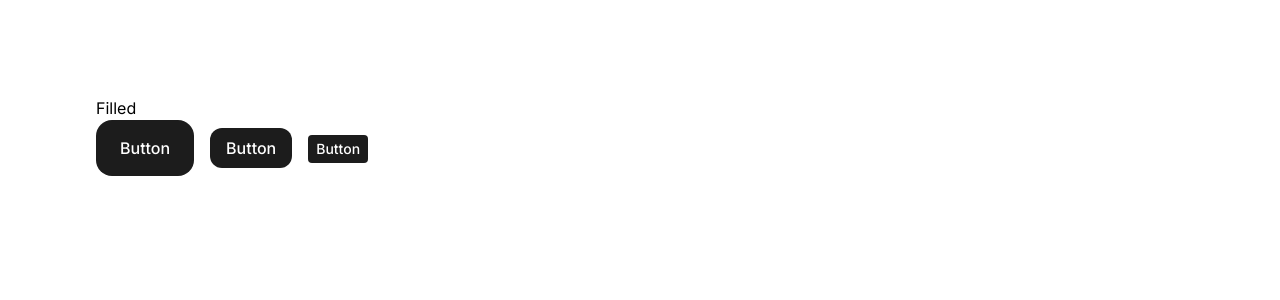
Repository: ggonzaga29/polarized-dashboard
Page: /
An editor plug-in stored every save of this project. The page is shown before and after the next save, followed by the edit.
The browser window is 1280 px wide. The pictures show the whole page.
The project was rebuilt for these pictures with package versions that can differ from the ones it lists, and the page was loaded fresh each time. The framework's server and built-in components were replaced by stand-ins that run in the browser. Also part of the build but not shown: next.config.js.

Above is the page before, as saved 2023-08-03 12:56:40.

### src/app/layout.jsx
import './globals.css';
import { Inter } from 'next/font/google';
import { ThemeProvider } from '@/context/theme-provider';

const inter = Inter({ subsets: ['latin'] });

export const metadata = {
  title: 'Polarized | Dashboard',
};

export default function RootLayout({ children }) {
  return (
    <html lang="en">
      <body className={inter.className}>
        <ThemeProvider attribute="class" defaultTheme="system" enableSystem>
          {children}
        </ThemeProvider>
      </body>
    </html>
  );
}

### src/app/page.jsx
import Image from 'next/image';
import { Button } from '@/components/ui/button';

export default function Home() {
  return (
    <main className="min-h-screen flex-col items-center justify-between p-24">
      <h2>Filled</h2>
      <div className='space-x-4'>
        <Button variant="filled" size="lg">
          Button
        </Button>
        <Button variant="filled" size="md">
          Button
        </Button>
        <Button variant="filled" size="sm">
          Button
        </Button>
      </div>
    </main>
  );
}

### src/app/globals.css
@tailwind base;
@tailwind components;
@tailwind utilities;

@layer base {
  :root {
    /* --background: 0 0% 100%;
    --foreground: 240 10% 3.9%;

    --muted: 240 4.8% 95.9%;
    --muted-foreground: 240 3.8% 46.1%;

    --popover: 0 0% 100%;
    --popover-foreground: 240 10% 3.9%;

    --card: 0 0% 100%;
    --card-foreground: 240 10% 3.9%;

    --border: 240 5.9% 90%;
    --input: 240 5.9% 90%;

    --primary: 240 5.9% 10%;
    --primary-foreground: 0 0% 98%;

    --secondary: 240 4.8% 95.9%;
    --secondary-foreground: 240 5.9% 10%;

    --accent: 240 4.8% 95.9%;
    --accent-foreground: 240 5.9% 10%;

    --destructive: 0 84.2% 60.2%;
    --destructive-foreground: 0 0% 98%;

    --ring: 240 5% 64.9%;

    --radius: 0.5rem; */

    /* 1C1C1C */
    --black-100: hsl(0, 0%, 11%);
    --black-80: hsl(0%, 11%, 80%);

    --white-100: hsl(0, 0%, 100%);
    --white-80: hsl(0, 0%, 80%);
    --white-40: hsl(0, 0%, 40%);
    --white-20: hsl(0, 0%, 20%);
    --white-10: hsl(0, 0%, 10%);
    --white-5: hsl(0, 0%, 5%);

    /* F7F9FB */
    --primary-light: hsl(210, 50%, 98%);
    /* E3F5FF */
    --primary-blue: hsl(210, 90%, 95%);
    /* E5ECF6 */
    --primary-purple: hsl(240, 20%, 90%);
    /* 1C1C1C */
    --primary-brand: hsl(0, 0%, 11%);

    /* 95A4FC */
    --secondary-purple-a: hsl(240, 60%, 75%);
    /* A8C5DA */
    --secondary-blue-a: hsl(200, 30%, 75%);
    /* E3F5FF */
    --secondary-blue-b: hsl(210, 90%, 95%);
    /* A1E3CB */
    --secondary-green-a: hsl(160, 70%, 75%);
    /* BAEDBD */
    --secondary-green-b: hsl(100, 40%, 75%);
    /* FFE999 */
    --secondary-yellow: hsl(50, 100%, 75%);
    /* FF4747 */
    --secondary-red: hsl(0, 100, 64);
  }

  .dark {
    /* --background: 240 10% 3.9%;
    --foreground: 0 0% 98%;

    --muted: 240 3.7% 15.9%;
    --muted-foreground: 240 5% 64.9%;

    --popover: 240 10% 3.9%;
    --popover-foreground: 0 0% 98%;

    --card: 240 10% 3.9%;
    --card-foreground: 0 0% 98%;

    --border: 240 3.7% 15.9%;
    --input: 240 3.7% 15.9%;

    --primary: 0 0% 98%;
    --primary-foreground: 240 5.9% 10%;

    --secondary: 240 3.7% 15.9%;
    --secondary-foreground: 0 0% 98%;

    --accent: 240 3.7% 15.9%;
    --accent-foreground: 0 0% 98%;

    --destructive: 0 62.8% 30.6%;
    --destructive-foreground: 0 85.7% 97.3%;

    --ring: 240 3.7% 15.9%; */
  }
}

@layer base {

}

### src/components/ui/button.jsx
import React from 'react';
import { cva } from 'class-variance-authority';
import { twMerge } from 'tailwind-merge';

const button = cva(
  [
    'inline-flex items-center justify-center font-medium transition-colors disabled:pointer-events-none disabled:opacity-50',
  ],
  {
    variants: {
      variant: {
        filled: ['bg-[#1C1C1C]', 'text-white', "hover:bg-[#2C2C2C]"],
				outlined: ['border-[#1C1C1C]', 'text-[#1C1C1C]', 'hover:bg-[#1C1C1C]'],
				gray: ['bg-[#F5F5F5]', 'text-[#1C1C1C]', 'hover:bg-[#E5E5E5]'],
				ghost: ['text-[#1C1C1C]', 'hover:bg-[#1C1C1C]'],
      },

      size: {
        sm: ['px-2', 'py-1', 'rounded', "text-sm"],
        md: ['px-4', 'py-2', 'rounded-xl'],
        lg: ['px-6', 'py-4', 'rounded-2xl'],
      },
    },
  },
);

const Button = ({ variant, size, className, children }) => {
  if (!variant) variant = 'primary';
  if (!size) size = 'md';

  return (
    <button className={twMerge(button({ variant, size }), className)}>
      {children}
    </button>
  );
};

Button.displayName = 'Button';

export { Button };

### tailwind.config.js
/** @type {import('tailwindcss').Config} */
module.exports = {
	darkMode: ["class"],
	content: [
		'./pages/**/*.{js,jsx}',
		'./components/**/*.{js,jsx}',
		'./app/**/*.{js,jsx}',
		'./src/**/*.{js,jsx}',
	],
	theme: {
		// container: {
		//   center: true,
		//   padding: "2rem",
		//   screens: {
		//     "2xl": "1400px",
		//   },
		// },
		extend: {
			colors: {

				black: {
					DEFAULT: "#000000",
					100: "#F5F5F5",
					200: "#EEEEEE",


					// border: "hsl(var(--border))",
					// input: "hsl(var(--input))",
					// ring: "hsl(var(--ring))",
					// background: "hsl(var(--background))",
					// foreground: "hsl(var(--foreground))",
					// primary: {
					//   DEFAULT: "hsl(var(--primary))",
					//   foreground: "hsl(var(--primary-foreground))",
					// },
					// secondary: {
					//   DEFAULT: "hsl(var(--secondary))",
					//   foreground: "hsl(var(--secondary-foreground))",
					// },
					// destructive: {
					//   DEFAULT: "hsl(var(--destructive))",
					//   foreground: "hsl(var(--destructive-foreground))",
					// },
					// muted: {
					//   DEFAULT: "hsl(var(--muted))",
					//   foreground: "hsl(var(--muted-foreground))",
					// },
					// accent: {
					//   DEFAULT: "hsl(var(--accent))",
					//   foreground: "hsl(var(--accent-foreground))",
					// },
					// popover: {
					//   DEFAULT: "hsl(var(--popover))",
					//   foreground: "hsl(var(--popover-foreground))",
					// },
					// card: {
					//   DEFAULT: "hsl(var(--card))",
					//   foreground: "hsl(var(--card-foreground))",
					// },
				},
				borderRadius: {
					// lg: "var(--radius)",
					// md: "calc(var(--radius) - 2px)",
					// sm: "calc(var(--radius) - 4px)",
				},
				keyframes: {
					// "accordion-down": {
					//   from: { height: 0 },
					//   to: { height: "var(--radix-accordion-content-height)" },
					// },
					// "accordion-up": {
					//   from: { height: "var(--radix-accordion-content-height)" },
					//   to: { height: 0 },
					// },
				},
				animation: {
					// "accordion-down": "accordion-down 0.2s ease-out",
					// "accordion-up": "accordion-up 0.2s ease-out",
				},
			},
		},
		plugins: [require("tailwindcss-animate")],
	}
}

Loaded but not shown: src/context/theme-provider.jsx (common file)

After the next save:
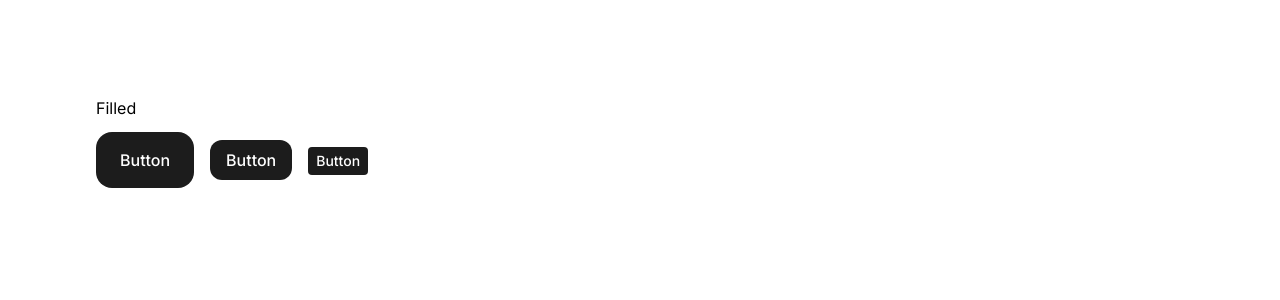
Saved 6 s later.
--- a/src/app/page.jsx
+++ b/src/app/page.jsx
@@ -5,7 +5,7 @@ export default function Home() {
   return (
     <main className="min-h-screen flex-col items-center justify-between p-24">
       <h2>Filled</h2>
-      <div className='space-x-4'>
+      <div className='space-x-4 mt-3'>
         <Button variant="filled" size="lg">
           Button
         </Button>
